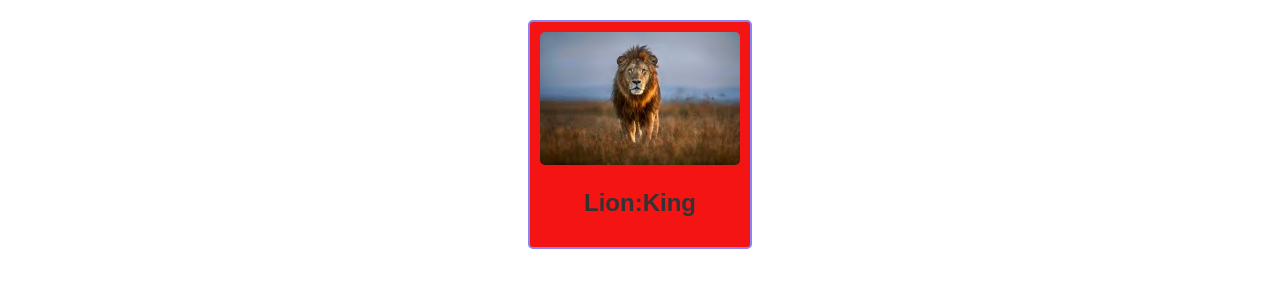
Repository: KingBoyMaylow/Animal-trading-card
Page: index.html
These files come from the project's save history. The page is drawn as it stood at one moment and after the next save; the edit follows.
The browser window is 1280 px wide. The pictures show the whole page.

Above is the page before, as saved 2024-05-13 21:47:14.

### index.html
<!DOCTYPE html>
<html lang="en">
<head>
    <meta charset="UTF-8">
    <meta name="viewport" content="width=device-width, initial-scale=1.0">
    <title>Document</title>
</head>
<body>
    <style>
    body {
        font-family: Arial, sans-serif;
        text-align: center;
    }
    .card {
        width: 200px;
        border: 2px solid #8a83f1;
        border-radius: 5px;
        margin: 20px auto;
        padding: 10px;
        background-color: #f51414;
    }
    .card img {
        width: 100%;
        border-radius: 5px;

    }
    .card h2 {
        color: #333;
    }
    .card p {
        color: #666;
    }
</style>
</head>
<body>
    <div class="card">
        <img src="lion.jpeg" alt="Lion">
        <h2>Lion:King</h2>
    </div>
</body>
</html>

After the next save:
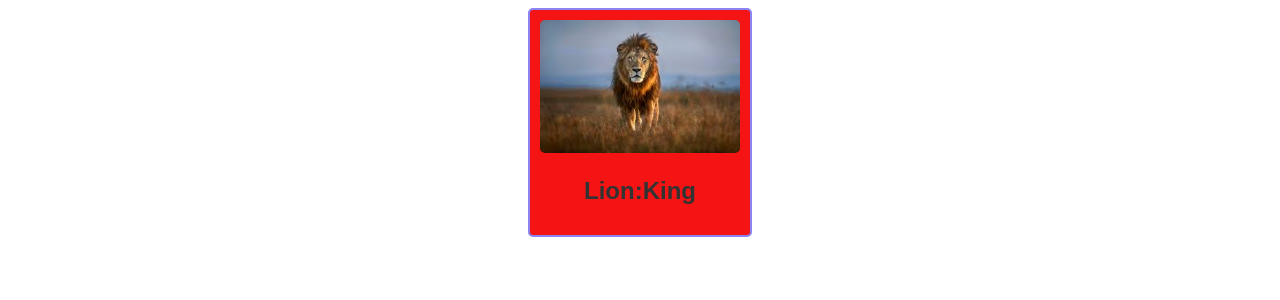
Saved 16 s later.
--- a/index.html
+++ b/index.html
@@ -15,7 +15,7 @@
         width: 200px;
         border: 2px solid #8a83f1;
         border-radius: 5px;
-        margin: 20px auto;
+        margin: 0px auto;
         padding: 10px;
         background-color: #f51414;
     }
